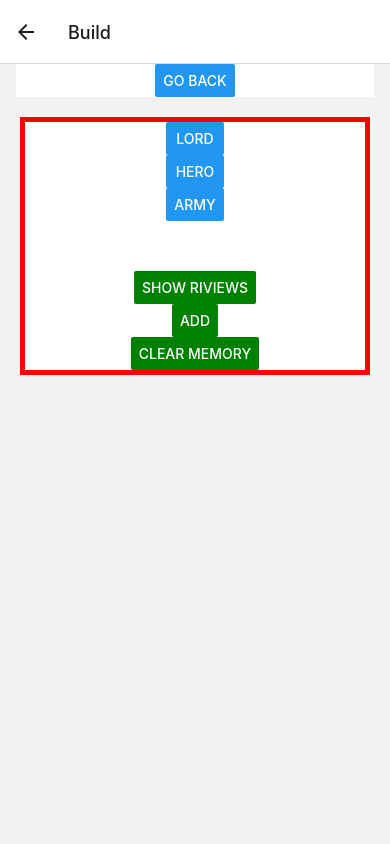
Repository: LingyuLiu11/mobile_app
Screen: /Build, after clicking the first element matching `div.r-paddingBottom-97e31f > button`
These files come from the project's save history. The screen is drawn as it stood at one moment and after a run of saves; the edit follows.
The app was drawn by React Native's web renderer in a window 390 px wide. The project was rebuilt for these pictures with package versions that can differ from the ones it lists, and the page was loaded fresh each time. Also part of the build but not shown: components/Reviews.js.

Above is the screen before, as saved 2021-10-25 00:39:14.

### App.js
import * as React from 'react';
import { Image, TextInput, FlatList, StyleSheet, View, Button, Text, Animated } from 'react-native';
import { NavigationContainer } from '@react-navigation/native';

import { createStackNavigator } from '@react-navigation/stack';
import Reviews from './components/Reviews'
import AsyncStorage from '@react-native-async-storage/async-storage';
import Builds from './components/Builds'


const Separator = () => (
  <View style={styles.separator} />
);



function Main({ navigation }) {


  return (


    <div>
      <View style={styles.container}>
        <Text>Main screen</Text>
        <Separator />
        <Button
          margintop = '10'
          title="Go to Profile"
          onPress={() => navigation.navigate('Profile')}
        />
        <Separator />

      </View>
      <View style = {styles.container}>
        <Button
          margintop = '10'
          title="Go to About"
          onPress={() => navigation.navigate('About')}
        />
        <Separator />
      </View>
      <View style = {styles.container}>
        <Button
          margintop = '10'
          title="Go to Reviews"
          onPress={() => navigation.navigate('Review')}
        />
      </View>
       <Separator />

       <View style = {styles.container}>
        <Button
          margintop = '10'
          title="Build your army"
          onPress={() => navigation.navigate('Build')}
        />
      </View>

    </div>
  );
}

function Profile({ navigation }) {

  const [text, setText] = React.useState("Your name");
  return (
    <div>
      <View style={{ flex: 1, justifyContent: 'center', alignItems: 'center' }}>
        <Text>Profile screen</Text>
        <Separator />
        <Button title="Go back" onPress={() => navigation.goBack()} />
      </View>


      <View style={{ flex: 1, justifyContent: 'center', alignItems: 'center' }}>
        <TextInput
          style={styles.input}
          placeholder="Your name"
          value={text}
          onChangeText={text => setText(text)}
        />
        <Text style={{padding: 10, fontSize: 42}}>
        Hello {text.split(' ').map((word) => word ).join(' ')}
        </Text>
      </View>

      <View style={{ flex: 1, justifyContent: 'center', alignItems: 'center', flexDirection: "row" }}>
        <View style={{ flex: 1, justifyContent: 'center', alignItems: 'center' }}>
          <Image
            style={{
              resizeMode: "cover",
              height: 100,
              width: 200
            }}
            source={"https://upload.wikimedia.org/wikipedia/en/2/27/Total_War_Warhammer_3_cover_art.jpg"}
          />
          <Text>Totalwar Warhammer 3!</Text>
          </View>
        <Separator />
        <View style={{ flex: 1, justifyContent: 'center', alignItems: 'center' }}>
          <Image
            style={{
              resizeMode: "cover",
              height: 100,
              width: 200
            }}
            source={"https://www.nme.com/wp-content/uploads/2021/09/Total-Warhammer-3-Grand-Cathay-Dragon.jpg"}
          />
        <Text>Grand Cathay</Text>
        </View>
        <View style={{ flex: 1, justifyContent: 'center', alignItems: 'center' }}>

        <Image
          style={{
            resizeMode: "cover",
            height: 100,
            width: 200
          }}
          source={"https://encrypted-tbn0.gstatic.com/images?q=tbn:ANd9GcSM9n6tQzcRE8CXMXP5GXIIgYIF3wXVMZy4JA&usqp=CAU"}
        />
        <Text>Kislev</Text>
        </View>

      </View>


    </div>
  );
}

function About({ navigation }) {
  return (
    <div>
      <View style={{ flex: 1, justifyContent: 'center', alignItems: 'center' }}>
        <Text>About screen</Text>
        <Separator />
        <FlatList
          data={[
            {key: 'Lingyu Liu'},
            {key: 'CS 153A'},
            {key: 'Assignment2'},

          ]}
          renderItem={({item}) => <Text style={styles.item}>{item.key}</Text>}
        />

      </View>

      <View style = {styles.container}>
          <Button title="Go back" onPress={() => navigation.goBack()} />
      </View>
    </div>
  );
}

function Review({ navigation }) {
  return (
    <div>
      <View style = {styles.container}>
          <Button title="Go back" onPress={() => navigation.goBack()} />
      </View>
      <Reviews />
    </div>

  );
}

function Build({ navigation }) {
  return (
    <div>
      <View style = {styles.container}>
          <Button title="Go back" onPress={() => navigation.goBack()} />
      </View>
      <Builds />
    </div>

  );
}



const forFade = ({ current, next }) => {
  const opacity = Animated.add(
    current.progress,
    next ? next.progress : 0
  ).interpolate({
    inputRange: [0, 1, 2],
    outputRange: [0, 1, 0],
  });

  return {
    leftButtonStyle: { opacity },
    rightButtonStyle: { opacity },
    titleStyle: { opacity },
    backgroundStyle: { opacity },
  };
};

const Stack = createStackNavigator();

function MyStack() {
  return (
    <Stack.Navigator>
      <Stack.Screen
        name="Main"
        component={Main}
        options={{
          headerTintColor: 'white',
          headerStyle: { backgroundColor: 'tomato' },
        }}
      />
      <Stack.Screen
        name="Profile"
        component={Profile}
        options={{ headerStyleInterpolator: forFade }}
      />
      <Stack.Screen
        name="About"
        component={About}
        options={{ headerStyleInterpolator: forFade }}
      />
      <Stack.Screen
        name="Review"
        component={Review}
        options={{ headerStyleInterpolator: forFade }}
      />
      <Stack.Screen
        name="Build"
        component={Build}
        options={{ headerStyleInterpolator: forFade }}
      />



    </Stack.Navigator>
  );
}



export default function App() {
  return (
    <NavigationContainer>
      <MyStack />
    </NavigationContainer>
  );
}

const styles = StyleSheet.create({
  container: {
    flex: 1,
    justifyContent: 'center',
    alignItems: 'center',
    backgroundColor: '#fff',
    alignItems: 'center',
    justifyContent: 'center',
    marginHorizontal: 16,
  },
  separator: {
    marginVertical: 8,
    borderBottomColor: '#737373',
    borderBottomWidth: StyleSheet.hairlineWidth,
  },
  item: {
    padding: 10,
    fontSize: 18,
    height: 44,
  },
  input: {
    height: 40,
    margin: 12,
    borderWidth: 1,
    padding: 10,
  },
});

### components/Builds.js
import React, { useState, useEffect } from "react";
import { Image, TextInput, FlatList, StyleSheet, View, Button, Text, Animated, SafeAreaView, StatusBar } from 'react-native';
import AsyncStorage from '@react-native-async-storage/async-storage';

const Separator = () => (
    <View style={styles.separator} />
  );

const Builds = () => {
    const [builds, setBuilds] = useState([]);
    const [debugging,setDebugging] = useState(false)
    const [curr,setCurr] = useState('')
    const [currlooking,setCurrlooking] = useState(false)

    useEffect(() => {getData()}, []);

    let debugView = "";
  if (debugging) {
    debugView =
      <View>
          {builds.map((build) =>
          <View><Text style ={{color:'red'}}>{build}</Text></View>
        )}
        <Separator />
      </View>

  }

  let currView = "";
  if (debugging) {
    currView =
      <View>

          <Text style ={{color:'blue'}}>{curr}</Text>

        <Separator />
      </View>
}



    const storeData = async (value) => {
        try {
          const jsonValue = JSON.stringify(value)
          await AsyncStorage.setItem('@reviews', jsonValue)
          console.log('just stored '+jsonValue)
        } catch (e) {
          console.dir(e)
        }
    }

    const getData = async() => {
      try {
        const jsonValue = await AsyncStorage.getItem('@reviews')
        let data = null
        if (jsonValue != null) {
          data = JSON.parse(jsonValue)
          setBuilds(data);
          setCurr('');
        } else {
          setBuilds([]);
          setCurr('')

        }
      } catch (e) {
        console.dir(e)
      }

    }



    const clearAll = async () => {
        try {
          console.log('in clearData')
          await AsyncStorage.clear()
        } catch(e) {
          console.log("error in clearData ")
          console.dir(e)
          // clear error
        }
  }


    const DATA = [
        {
          id: 'bd7acbea-c1b1-46c2-aed5-3ad53abb28ba',
          title: 'Lord',
        },
        {
          id: '3ac68afc-c605-48d3-a4f8-fbd91aa97f63',
          title: 'Hero',
        },
        {
          id: '58694a0f-3da1-471f-bd96-145571e29d72',
          title: 'Army',
        },
      ];

      const Item = ({ title }) => {
        return (
          <View style={styles.item}>
            <Button style={styles.title} title={title }
                onPress={()=> {
                    const newCurr = curr.concat(title + ' ');
                    setCurr(newCurr);
                    storeData(newCurr);
                  }}

            />
          </View>
        );
      }

        const renderItem = ({ item }) => (
          <Item title={item.title} />
        )
      return (
        <SafeAreaView style={styles.container}>
          <FlatList
            data={DATA}
            renderItem={renderItem}
            keyExtractor={item => item.id}
          />
          <Separator />
          <Button
                  title={(currlooking?'hide':'show')+" Riviews" }
                  color="pruple"
                  onPress = {() => setCurrlooking(!debugging)}
                  />
          <currView/>
      <Button
                  title={(debugging?'hide':'show')+" Riviews" }
                  color="green"
                  onPress = {() => setDebugging(!debugging)}
                  />
                  {debugView}

                  <Button
          color="green"
          title="Add"
          onPress={()=> {
            const newBuilds = builds.concat(curr);
            setBuilds(newBuilds);
            storeData(newBuilds);
            setCurr('');
          }}/>
          <Button
                  color='green' title='Clear memory'
                  onPress = {() => {
                        console.log('clearing memory');
                        clearAll()
                      }}
                />
        </SafeAreaView>


      );
}

const styles = StyleSheet.create({
    container: {
        flex: 1,
        flexDirection:'column',
        backgroundColor: '#fff',
        alignItems: 'center',
        justifyContent: 'center',
        border: "thick solid red",
        margin:"20px",
        padding:"20px",
      },
      separator: {
      marginVertical: 8,
      borderBottomColor: '#737373',
      borderBottomWidth: StyleSheet.hairlineWidth,
    },
  });

export default Builds;

After the next 4 saves:
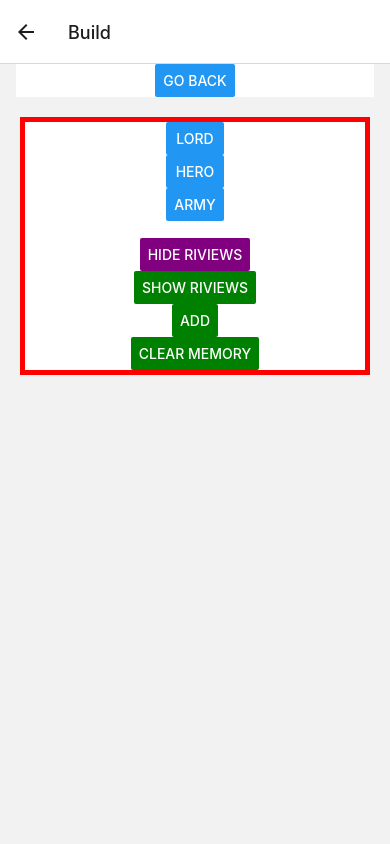
The 4 saves are shown as one change because they came seconds apart.
The last was saved 11 s later.
--- a/components/Builds.js
+++ b/components/Builds.js
@@ -125,8 +125,8 @@ const Builds = () => {
           <Separator />
           <Button
                   title={(currlooking?'hide':'show')+" Riviews" }
-                  color="pruple"
-                  onPress = {() => setCurrlooking(!debugging)}
+                  color="purple"
+                  onPress = {() => setCurrlooking(!currlooking)}
                   />
           <currView/>
       <Button
